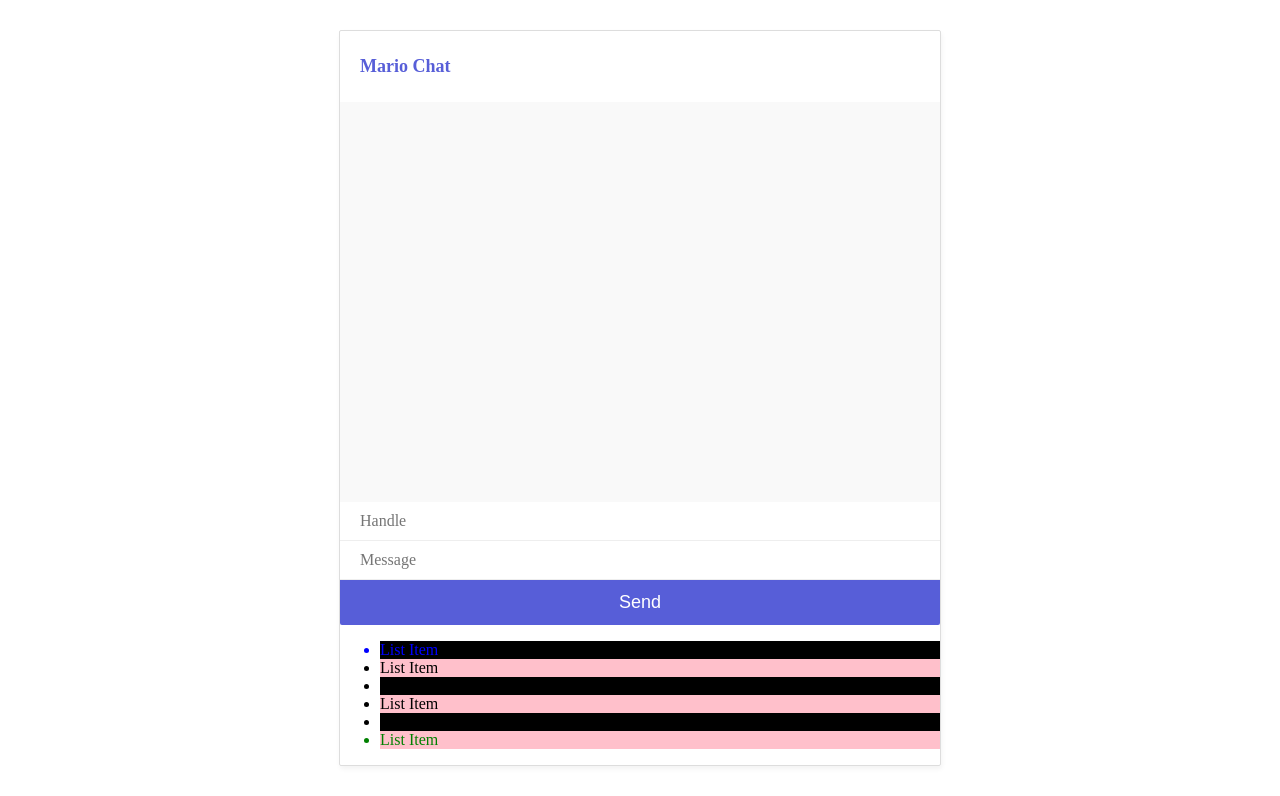
Repository: Promethees/websockets-playlist
Page: public/index.html
The author's editor kept a copy of each file at every save. The page is drawn from the files as they stood at one save, then again after the next save.
The browser window is 1280 px wide. The pictures show the whole page.
The page's requests for data from a server got no answer. Some web libraries are served in a nearby version.

Above is the page before, as saved 2020-09-03 08:59:19.

### public/index.html
<!DOCTYPE html>
<html>
    <head>
        <meta charset="utf-8">
        <title>WebScockets 101</title>
        <script src="https://cdnjs.cloudflare.com/ajax/libs/socket.io/2.3.0/socket.io.js"></script>
        <script src="https://code.jquery.com/jquery-3.5.1.min.js"></script>
        <link href="./style.css" rel="stylesheet" type = "text/css" />
    </head>
    <body>
        <div id="mario-chat">
            <h2>Mario Chat</h2>
            <div id="chat-window">
                <div id="output"></div>
                <div id="feedback"></div><!-- <display "typing .... message"> -->

            </div>
            <input id="handle" type="text" placeholder="Handle" />
            <input id="message" type="text" placeholder="Message" />
            <button id="send">Send</button>
            <ul id = "list">
                <li>List Item</li>
                <li>List Item</li>
                <li>List Item</li>
                <li>List Item</li>
                <li>List Item</li>
                <li>List Item</li>
            </ul>
        </div>
        <script>
            //$('h2').hide();
            //$('div').hide();
            //$('#message').css('color','blue');
            $('ul#list li:first').css('color','blue');
            $('ul#list li:last').css('color','green');
            $('ul#list li:odd').css('background-color','pink');
            $('ul#list li:even').css('background-color','black');

</script>
    </body>
    <script src="/chat.js"></script>
</html>

### public/style.css
body{
    font-family: 'Nunito';
}

h2{
    font-size: 18px;
    padding: 10px 20px;
    color: #575ed8;
}

#mario-chat{
    max-width: 600px;
    margin: 30px auto;
    border: 1px solid #ddd;
    box-shadow: 1px 3px 5px rgba(0,0,0,0.05);
    border-radius: 2px;
}

#chat-window{
    height: 400px;
    overflow: auto;
    background: #f9f9f9;
}

#output p{
    padding: 14px 0px;
    margin: 0 20px;
    border-bottom: 1px solid #e9e9e9;
    color: #555;
}

#feedback p{
    color: #aaa;
    padding: 14px 0px;
    margin: 0 20px;
}

#output strong{
    color: #575ed8;
}

label{
    box-sizing: border-box;
    display: block;
    padding: 10px 20px;
}

input{
    padding: 10px 20px;
    box-sizing: border-box;
    background: #eee;
    border: 0;
    display: block;
    width: 100%;
    background: #fff;
    border-bottom: 1px solid #eee;
    font-family: Nunito;
    font-size: 16px;
}

button{
    background: #575ed8;
    color: #fff;
    font-size: 18px;
    border: 0;
    padding: 12px 0;
    width: 100%;
    border-radius: 0 0 2px 2px;
}

### public/chat.js
// Make connection
//var socket = io.connect('http://localhost:4000');
//var socket = io.connect('https://chatboj.herokuapp.com/');
var socket = io.connect('/');

// Query DOM
var message = document.getElementById('message'),
      handle = document.getElementById('handle'),
      btn = document.getElementById('send'),
      output = document.getElementById('output');
    feedback = document.getElementById('feedback');

// Emit events (see the index.js to know how it handle)
btn.addEventListener('click', function(){
  socket.emit('chat', {
      message: message.value,
      handle: handle.value
  });
  message.value = "";
});

message.addEventListener('keypress',function() {
    socket.emit('typing',handle.value);
});

// Listen for events (retrieve event from the server)
socket.on('chat', function(data){
    feedback.innerHTML = ""; //Clear the typing queue while have submitted the message
    //Modify the message in HTMLs
    output.innerHTML += '<p><strong>' + data.handle + ': </strong>' + data.message + '</p>';
});

socket.on('typing',function(data) {
    // the data here is the handle.value (since the action is 'typing')
    feedback.innerHTML = '<p><em>'+data+'is typing message...'+'</em></p>';
});

After the next save:
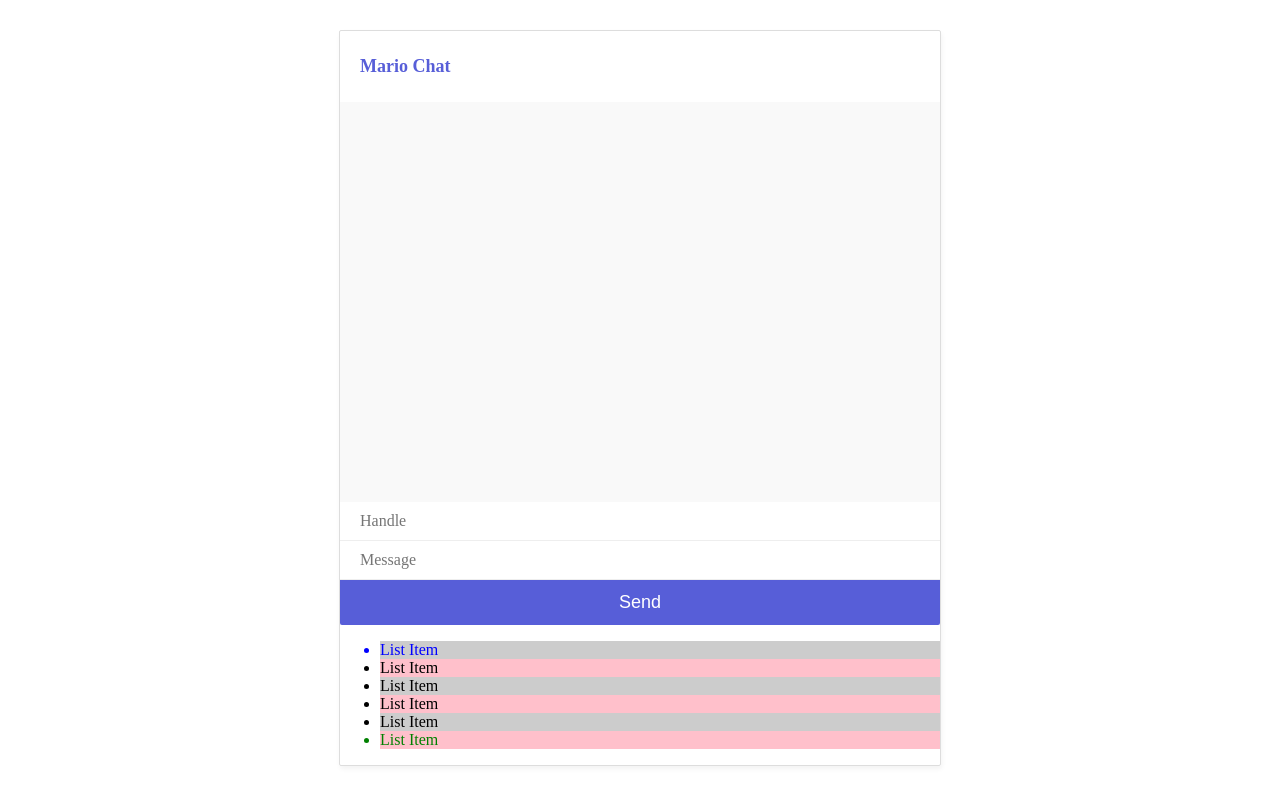
Saved 23 s later.
--- a/public/index.html
+++ b/public/index.html
@@ -34,7 +34,7 @@
             $('ul#list li:first').css('color','blue');
             $('ul#list li:last').css('color','green');
             $('ul#list li:odd').css('background-color','pink');
-            $('ul#list li:even').css('background-color','black');
+            $('ul#list li:even').css('background-color','#cccccc');
 
 </script>
     </body>
